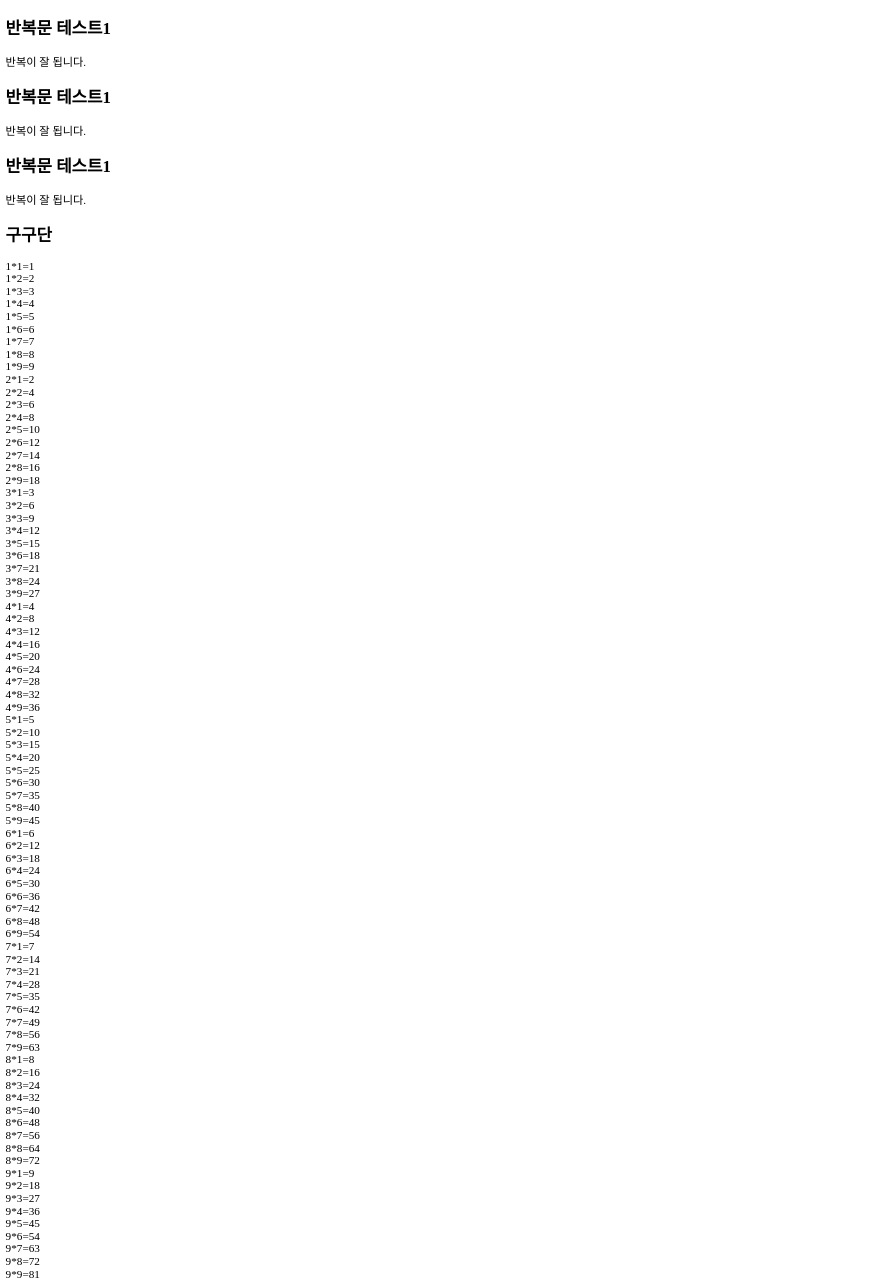
Repository: dev-leeJin/jsp-practice
Page: http://localhost/JSPBasic/jspTag/Scriptlet.jsp
An editor plug-in stored every save of this project. The page is shown before and after the next save, followed by the edit.
The browser window is 1280 px wide. The pictures show the whole page, at 70% of full size.
The page is served by Tomcat 9.

Above is the page before, as saved 2022-01-28 02:47:38.

### JSPBasic/src/main/webapp/jspTag/Scriptlet.jsp
<%@ page language="java" contentType="text/html; charset=UTF-8"
    pageEncoding="UTF-8"%>
<!DOCTYPE html>
<html>
<head>
<meta charset="UTF-8">
<title>Insert title here</title>
</head>
<body>
	<!-- 스크립트릿 내부에는 자바 코드를 작성할 수 있으며
	이 코드를 반영해 페이지가 구성됩니다. -->
	<% for(int i = 0; i < 3; i++) {%>
		<h2>반복문 테스트1</h2>
		<p>
			반복이 잘 됩니다.
		</p>
	<%} %>  <!-- 중간에 다른 구문이 들어간다면 띄어주는 부분은 따로 표현을 해줘야 작동한다. -->

	<!-- Q하단에 구구단 코드를 작성해주세요.
	System.out.println() 이 괄호 내 구문을 콘솔에 찍히게 해줬다면
	out.println()은 html화면에 괄호 내 구문을 콘솔에 찍히게 해줍니다.
	(javascript의 document.write()와 같은 역할-->
	<h2>구구단 </h2>
	<%
		for(int a = 1; a<10; a++){

			for(int b = 1; b<10; b++){
				out.println(a + "*" + b + "=" + (a*b) + "<br/>");
			}
		}
	%>
</body>
</html>

After the next save:
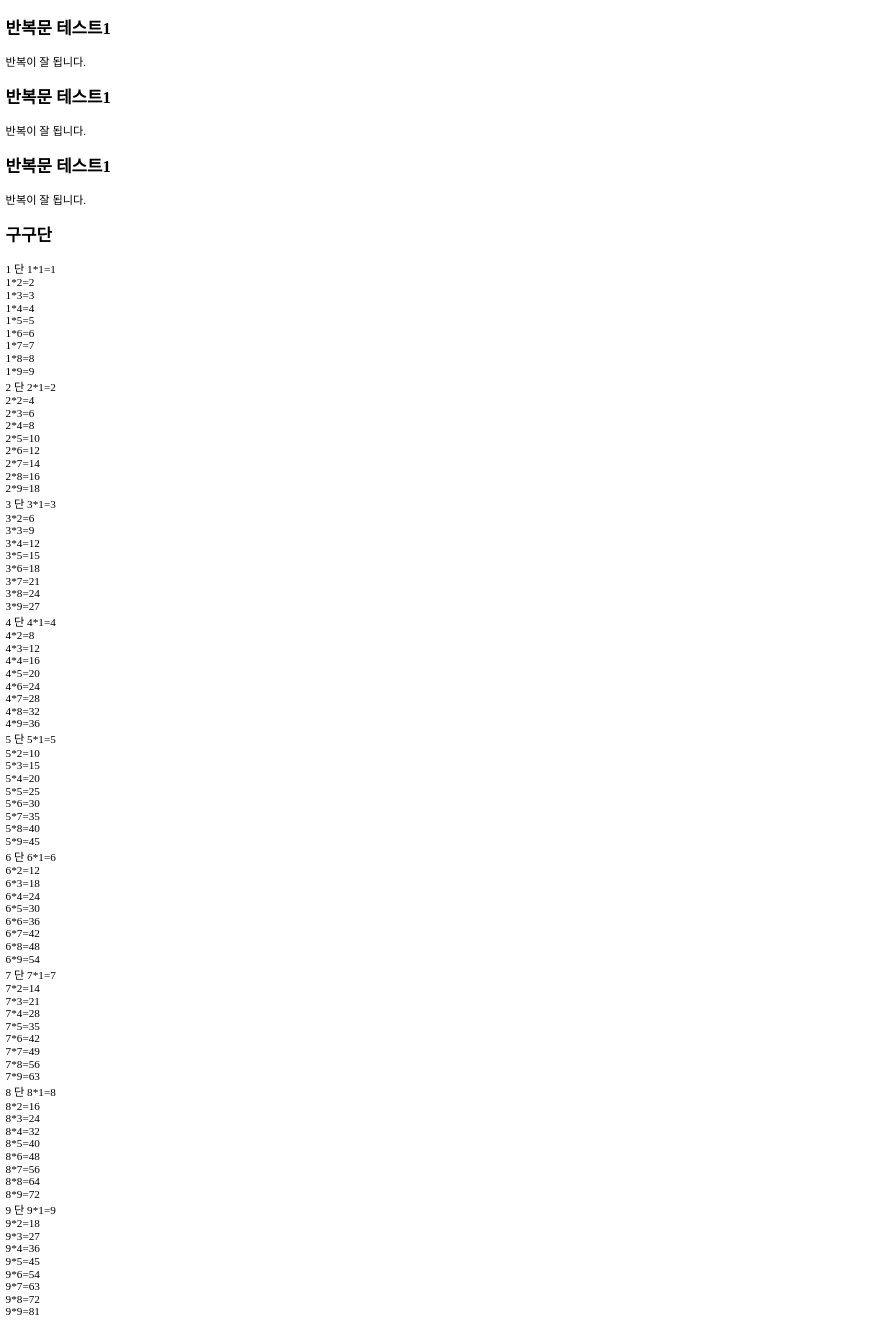
Saved 84 s later.
--- a/JSPBasic/src/main/webapp/jspTag/Scriptlet.jsp
+++ b/JSPBasic/src/main/webapp/jspTag/Scriptlet.jsp
@@ -23,7 +23,7 @@
 	<h2>구구단 </h2>
 	<%
 		for(int a = 1; a<10; a++){
-
+			out.println(a+" 단");
 			for(int b = 1; b<10; b++){
 				out.println(a + "*" + b + "=" + (a*b) + "<br/>");
 			}
